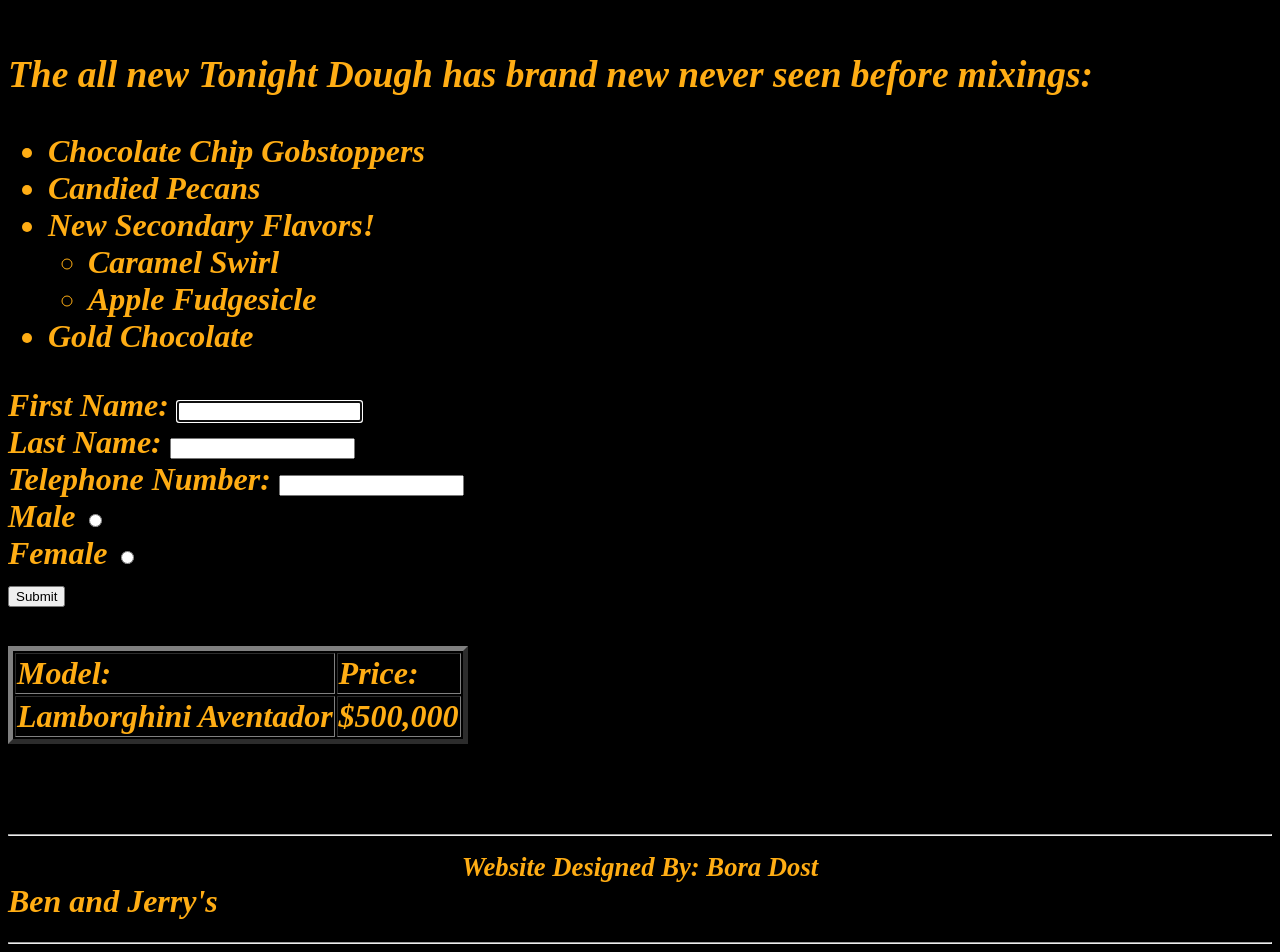
Repository: Bora1204/BoraDost-Website
Page: lab1/index.html
The author's editor kept a record of every edit. The page is drawn from the files as they stood at one moment, then again after the next edit.
The browser window is 1280 px wide. The pictures show the part of the page from y = 653 to 1605 px (the page is 1605 px tall before and 1531 px after).

Above is the page before.

### lab1/index.html
<!DOCTYPE html>
<html>
    <head>
        <title>Ben and Jerry's</title>
        <style>
        h1{
            background-color: black;
            color: #ffad14;
        }
        </style>

        <meta name="author" content="862362974">
    </head>
    <body bgcolor="black" text="white">
        <h1>

            <img src = "logo.jpeg" width = "150">
                        <i>
            Ben and Jerry's
            <i/>
            <br>
            <hr/>


    <img src="https://shorturl.at/zDQ58" width="570" height = "400" border ="5">
    <br>
    <br>

    <h3>The all new Tonight Dough has brand new never seen before mixings:</h3>
        <ul>
            <li> Chocolate Chip Gobstoppers</li>
            <li> Candied Pecans</li>
            <li> New Secondary Flavors!</li>
            <ul>
                <li> Caramel Swirl
                <li> Apple Fudgesicle
            </ul>
        <li> Gold Chocolate</li>
        </ul>
    </p>

    <form name="input">
First Name: <input type="text" name="fname" autofocus />
<br>
Last Name: <input type="text" name="lname">
<br>
Telephone Number: <input type="text" name="telephone">
<br>
Male <input type="radio" name="sex" value="male">
<br>
Female <input type="radio" name="sex" value="female">
<br>
<input type="submit" value="Submit">
<br>
<br>
</form>
<table border="5">
<tr>
    <td>Model:</td>
    <td>Price:</td>
</tr>
<tr>
    <td>Lamborghini Aventador</td>

    <td>$500,000</td>
</tr>
</table>
<br>
<br>
<hr/>
<footer>
<small>
<center>
Website Designed By: Bora Dost
</center>
</small>
</footer>
</body>
</html>
            <i>
            Ben and Jerry's
            <i/>
        </h1>
        <hr/>
    </body>
</html>

After the next edit:
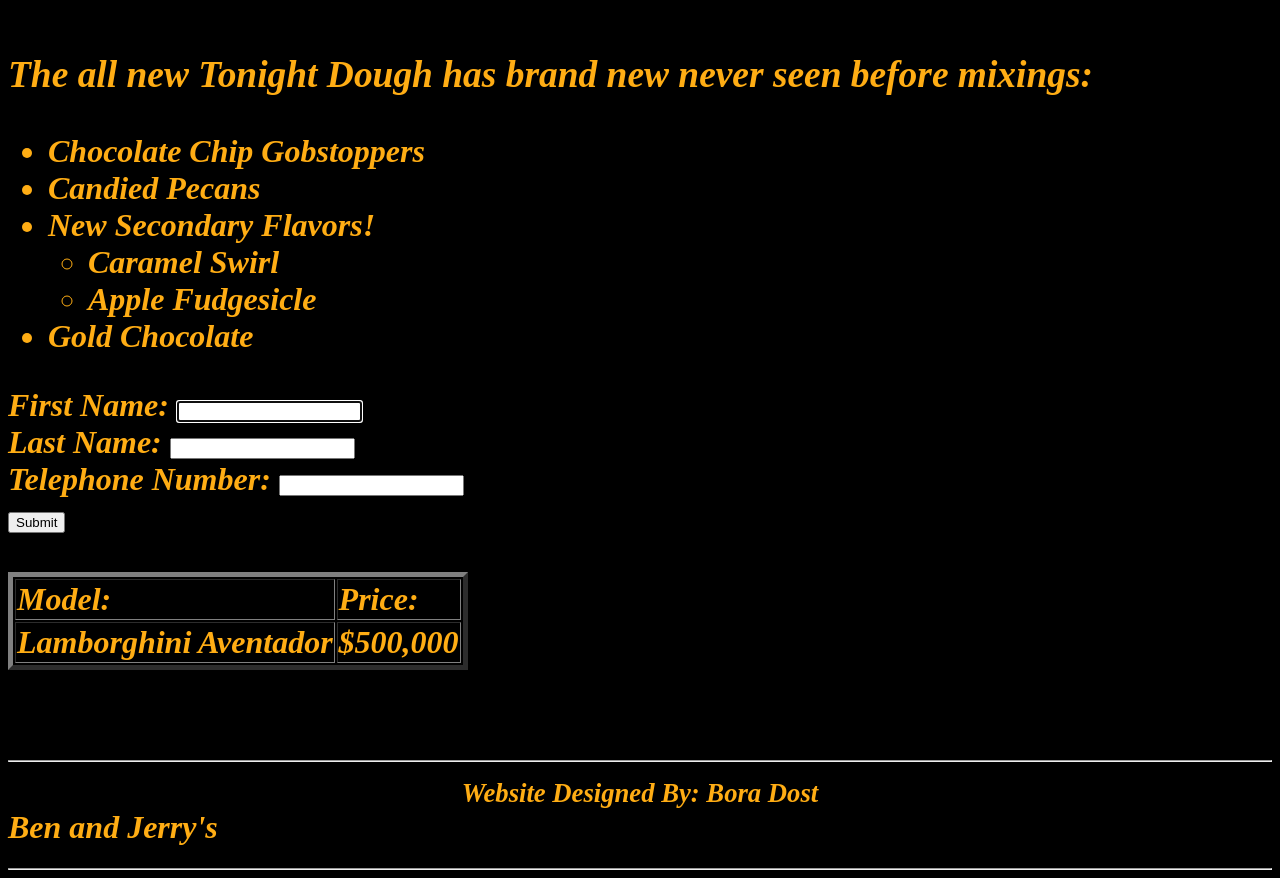
The edit:
--- a/lab1/index.html
+++ b/lab1/index.html
@@ -46,10 +46,6 @@
 <br>
 Telephone Number: <input type="text" name="telephone">
 <br>
-Male <input type="radio" name="sex" value="male">
-<br>
-Female <input type="radio" name="sex" value="female">
-<br>
 <input type="submit" value="Submit">
 <br>
 <br>
